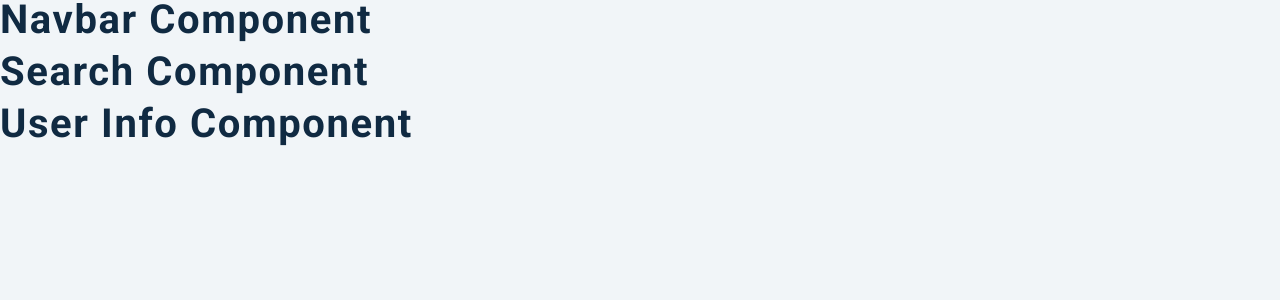
Repository: MateuszWorek/react-search-github-users
Page: /
An editor plug-in stored every save of this project. The page is shown before and after the next save, followed by the edit.
The browser window is 1280 px wide. The pictures show the whole page.
The project was rebuilt for these pictures with package versions that can differ from the ones it lists, and the page was loaded fresh each time. Also part of the build but not shown: src/components/Charts/ExampleChart.js, src/components/Charts/Column3D.js, src/components/Charts/Bar3D.js, src/components/Charts/Pie3D.js, src/components/Charts/Doughnut2d.js, src/components/Charts/index.js, src/components/Repos.js, src/components/Card.js and 6 more.

Above is the page before, as saved 2021-01-25 21:22:07.

### src/App.js
import React from 'react';
import { Dashboard, Login, PrivateRoute, AuthWrapper, Error } from './pages';
import { BrowserRouter as Router, Switch, Route } from 'react-router-dom';

function App() {
  return (
    <Router>
      <Switch>
        <Route path="/" exact={ true }>
          <Dashboard></Dashboard>
        </Route>
        <Route path="/login">
          <Login></Login>
        </Route>
        <Route path="*">
          <Error></Error>
        </Route>
      </Switch>
    </Router>
  );
}

export default App;

### src/context/context.js
import React, { useState, useEffect } from 'react';
import mockUser from './mockData.js/mockUser';
import mockRepos from './mockData.js/mockRepos';
import mockFollowers from './mockData.js/mockFollowers';
import axios from 'axios';

const rootUrl = 'https://api.github.com';

const GithubContext = React.createContext();

// Provider, Consumer - GithubContext.Provider

const GithubProvider = ({ children }) => {
    return <GithubContext.Provider value={ 'hello' }>{ children }</GithubContext.Provider>
};
export { GithubProvider, GithubContext };

### src/context/mockData.js/mockUser.js
export default {
  login: 'john-smilga',
  id: 42133389,
  node_id: 'MDQ6VXNlcjQyMTMzMzg5',
  avatar_url: 'https://avatars3.githubusercontent.com/u/42133389?v=4',
  gravatar_id: '',
  url: 'https://api.github.com/users/john-smilga',
  html_url: 'https://github.com/john-smilga',
  followers_url: 'https://api.github.com/users/john-smilga/followers',
  following_url:
    'https://api.github.com/users/john-smilga/following{/other_user}',
  gists_url: 'https://api.github.com/users/john-smilga/gists{/gist_id}',
  starred_url:
    'https://api.github.com/users/john-smilga/starred{/owner}{/repo}',
  subscriptions_url: 'https://api.github.com/users/john-smilga/subscriptions',
  organizations_url: 'https://api.github.com/users/john-smilga/orgs',
  repos_url: 'https://api.github.com/users/john-smilga/repos',
  events_url: 'https://api.github.com/users/john-smilga/events{/privacy}',
  received_events_url:
    'https://api.github.com/users/john-smilga/received_events',
  type: 'User',
  site_admin: false,
  name: 'John Smilga',
  company: 'Coding Addict',
  blog: 'www.johnsmilga.com',
  location: 'Los Angeles',
  email: null,
  hireable: null,
  bio: 'Creator of Coding Addict',
  twitter_username: 'john_smilga',
  public_repos: 152,
  public_gists: 0,
  followers: 1495,
  following: 0,
  created_at: '2018-08-06T06:48:23Z',
  updated_at: '2020-07-08T05:01:32Z',
};

### src/pages/Dashboard.js
import React from 'react';
import { Info, Repos, User, Search, Navbar } from '../components';
import loadingImage from '../images/preloader.gif';
import { GithubContext } from '../context/context';
const Dashboard = () => {
  return (
    <main>
      <Navbar></Navbar>
      <Search></Search>
      <Info></Info>
    </main>
  );
};

export default Dashboard;

### src/components/Info.js
import React from 'react';
import { GithubContext } from '../context/context';
import styled from 'styled-components';
import { GoRepo, GoGist } from 'react-icons/go';
import { FiUsers, FiUserPlus } from 'react-icons/fi';

const UserInfo = () => {
  const data = React.useContext(GithubContext);
  return <h2>user info component</h2>;
};

const Wrapper = styled.section`
  display: grid;
  grid-template-columns: repeat(auto-fill, minmax(200px, 1fr));
  gap: 1rem 2rem;
  @media (min-width: 640px) {
    grid-template-columns: repeat(auto-fill, minmax(260px, 1fr));
  }
  .item {
    border-radius: var(--radius);
    padding: 1rem 2rem;
    background: var(--clr-white);
    display: grid;
    grid-template-columns: auto 1fr;
    column-gap: 3rem;
    align-items: center;
    span {
      width: 3rem;
      height: 3rem;
      display: grid;
      place-items: center;
      border-radius: 50%;
    }
    .icon {
      font-size: 1.5rem;
    }
    h3 {
      margin-bottom: 0;
      letter-spacing: 0;
    }
    p {
      margin-bottom: 0;
      text-transform: capitalize;
    }
    .pink {
      background: #ffe0f0;
      color: #da4a91;
    }
    .green {
      background: var(--clr-primary-10);
      color: var(--clr-primary-5);
    }
    .purple {
      background: #e6e6ff;
      color: #5d55fa;
    }
    .yellow {
      background: #fffbea;
      color: #f0b429;
    }
  }
`;

export default UserInfo;

### src/components/Search.js
import React from 'react';
import styled from 'styled-components';
import { MdSearch } from 'react-icons/md';
import { GithubContext } from '../context/context';
const Search = () => {
  return <h2>search component</h2>;
};

const Wrapper = styled.div`
  position: relative;
  display: grid;
  gap: 1rem 1.75rem;
  @media (min-width: 768px) {
    grid-template-columns: 1fr max-content;
    align-items: center;
    h3 {
      padding: 0 0.5rem;
    }
  }
  .form-control {
    background: var(--clr-white);
    display: grid;
    align-items: center;
    grid-template-columns: auto 1fr auto;
    column-gap: 0.5rem;
    border-radius: 5px;
    padding: 0.5rem;
    input {
      border-color: transparent;
      outline-color: var(--clr-grey-10);
      letter-spacing: var(--spacing);
      color: var(--clr-grey-3);
      padding: 0.25rem 0.5rem;
    }
    input::placeholder {
      color: var(--clr-grey-3);
      text-transform: capitalize;
      letter-spacing: var(--spacing);
    }
    button {
      border-radius: 5px;
      border-color: transparent;
      padding: 0.25rem 0.5rem;
      text-transform: capitalize;
      letter-spacing: var(--spacing);
      background: var(--clr-primary-5);
      color: var(--clr-white);
      transition: var(--transition);
      cursor: pointer;
      &:hover {
        background: var(--clr-primary-8);
        color: var(--clr-primary-1);
      }
    }

    svg {
      color: var(--clr-grey-5);
    }
    input,
    button,
    svg {
      font-size: 1.3rem;
    }
    @media (max-width: 800px) {
      button,
      input,
      svg {
        font-size: 0.85rem;
      }
    }
  }
  h3 {
    margin-bottom: 0;
    color: var(--clr-grey-5);
    font-weight: 400;
  }
`;
const ErrorWrapper = styled.article`
  position: absolute;
  width: 90vw;
  top: 0;
  left: 0;
  transform: translateY(-100%);
  text-transform: capitalize;
  p {
    color: red;
    letter-spacing: var(--spacing);
  }
`;
export default Search;

### src/components/Navbar.js
import React from 'react';
import styled from 'styled-components';
import { useAuth0 } from '@auth0/auth0-react';

const Navbar = () => {
  return <h2>navbar component</h2>;
};

const Wrapper = styled.nav`
  padding: 1.5rem;
  margin-bottom: 4rem;
  background: var(--clr-white);
  text-align: center;
  display: grid;
  grid-template-columns: auto auto 100px;
  justify-content: center;
  align-items: center;
  gap: 1.5rem;
  h4 {
    margin-bottom: 0;
    font-weight: 400;
  }
  img {
    width: 35px !important;
    height: 35px;
    border-radius: 50%;
    object-fit: cover;
  }
  button {
    background: transparent;
    border: transparent;
    font-size: 1.2rem;
    text-transform: capitalize;
    letter-spacing: var(--spacing);
    color: var(--clr-grey-5);
    cursor: pointer;
  }
`;

export default Navbar;

Loaded but not shown: public/index.html (common file); src/index.js (common file); src/index.css (common file); src/serviceWorker.js (common file); src/pages/index.js (common file); src/context/mockData.js/mockRepos.js (library); src/components/index.js (common file); src/context/mockData.js/mockFollowers.js (676 lines, source omitted)

After the next save:
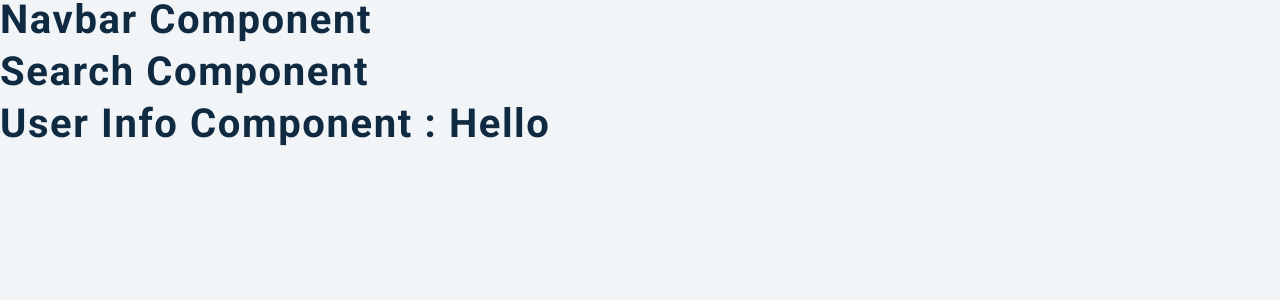
Saved 50 s later.
--- a/src/components/Info.js
+++ b/src/components/Info.js
@@ -6,7 +6,7 @@ import { FiUsers, FiUserPlus } from 'react-icons/fi';
 
 const UserInfo = () => {
   const data = React.useContext(GithubContext);
-  return <h2>user info component</h2>;
+  return <h2>user info component : { data }</h2>;
 };
 
 const Wrapper = styled.section`
